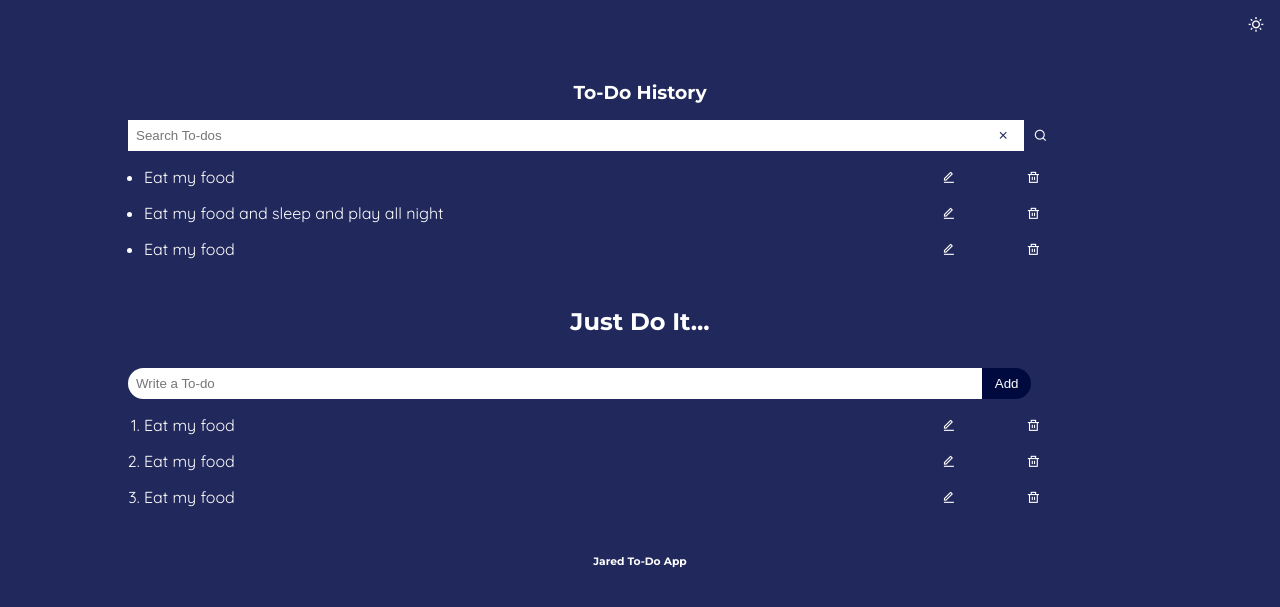
Repository: EguJaredoBoyd/Jared-ToDo-App
Page: main.html
These files come from the project's save history. The page is drawn as it stood at one moment and after the next save; the edit follows.
The browser window is 1280 px wide. The pictures show the whole page.
Some web libraries are served in a nearby version.

Above is the page before, as saved 2025-12-24 20:11:42.
Not found: js/to-do.j

After the next save:
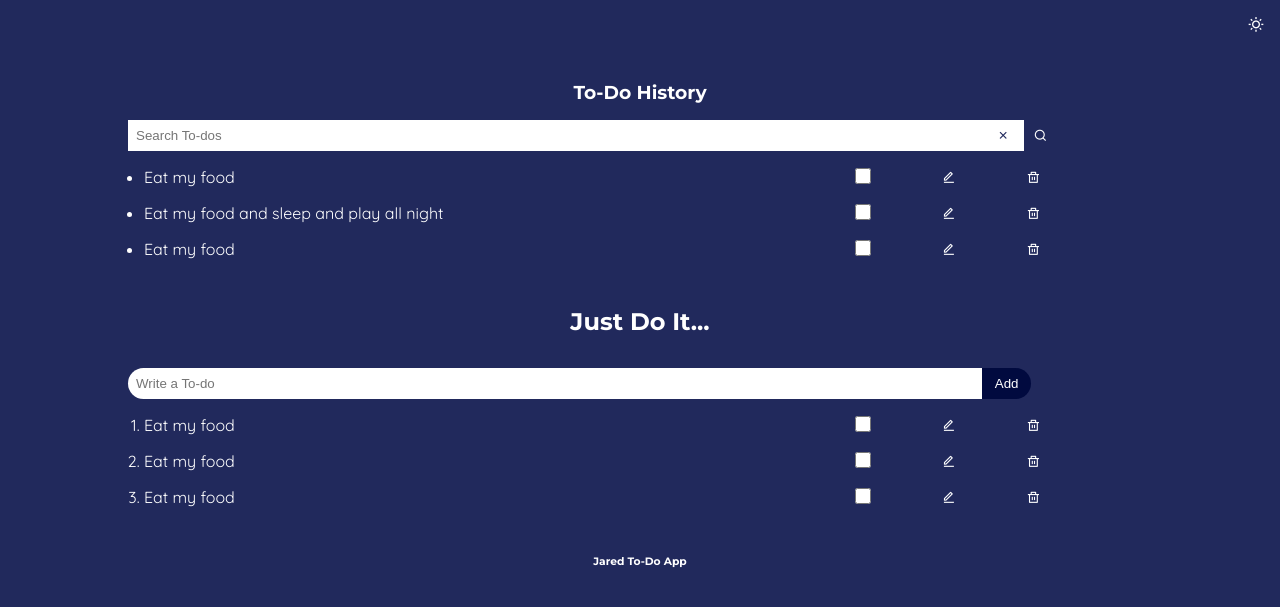
Saved 9 s later.
--- a/css/main.css
+++ b/css/main.css
@@ -43,7 +43,6 @@
 }
 
 input[type="checkbox"] {
-  appearance: none;
   width: 1rem;
   height: 1rem;
   border: 2px solid var(--primary-color);

After the save that followed:
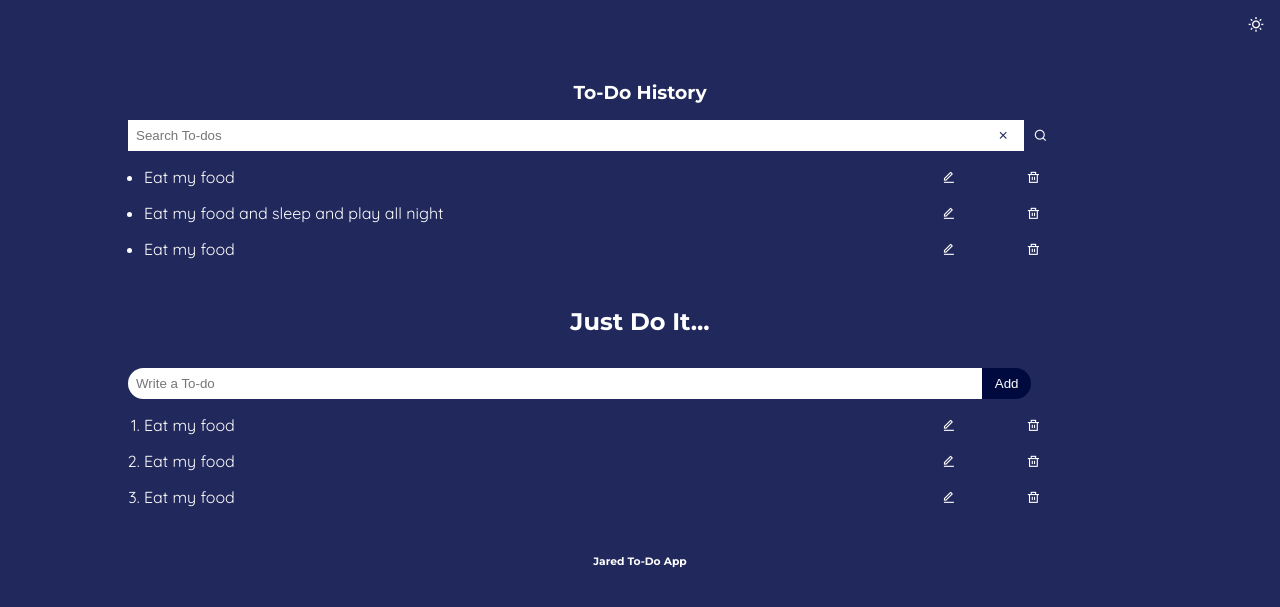
Saved 33 s later.
--- a/css/main.css
+++ b/css/main.css
@@ -43,6 +43,7 @@
 }
 
 input[type="checkbox"] {
+  -webkit-appearance: none;
   width: 1rem;
   height: 1rem;
   border: 2px solid var(--primary-color);
